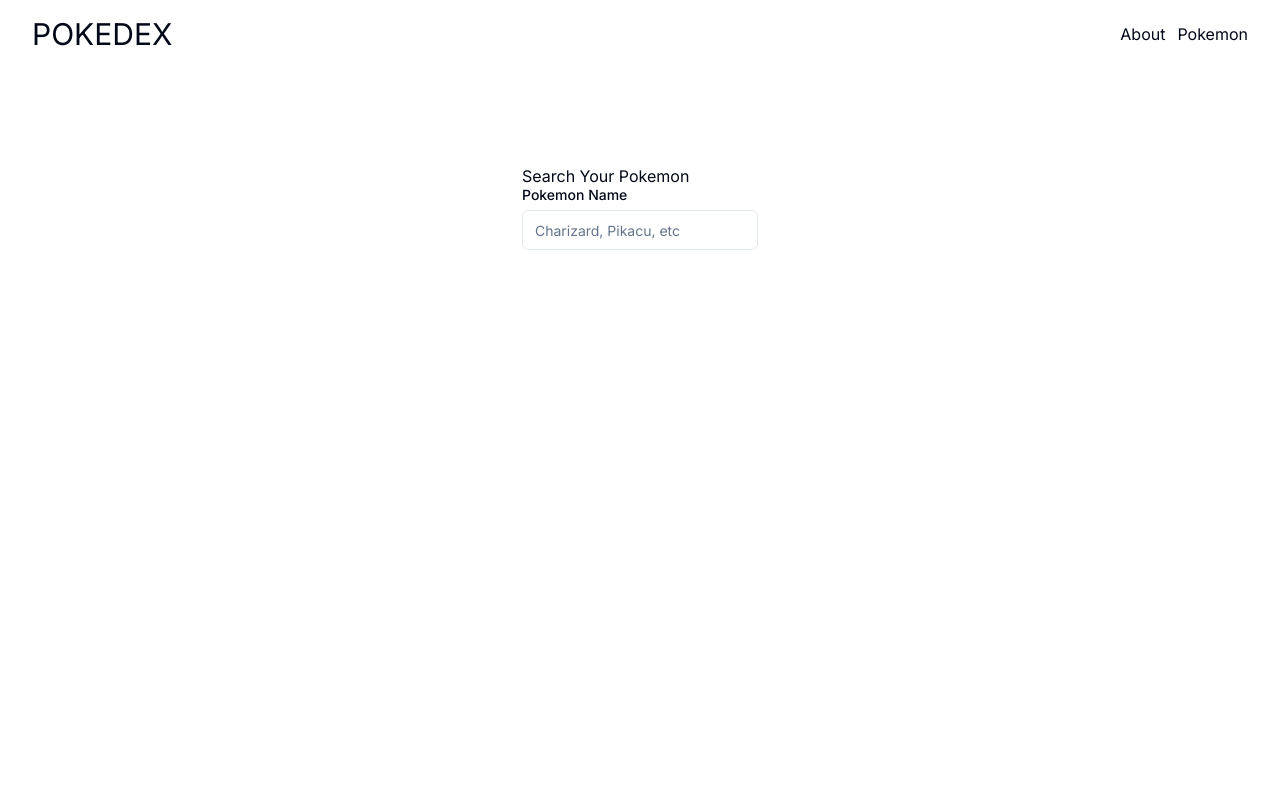
Repository: KilluaProject/pokedex
Page: /
The author's editor kept a copy of each file at every save. The page is drawn from the files as they stood at one save, then again after the next save.
The browser window is 1280 px wide. The pictures show the whole page.
The project was rebuilt for these pictures with package versions that can differ from the ones it lists, and the page was loaded fresh each time. The framework's server and built-in components were replaced by stand-ins that run in the browser. Also part of the build but not shown: next.config.js.

Above is the page before, as saved 2023-07-01 16:22:52.

After the next save:
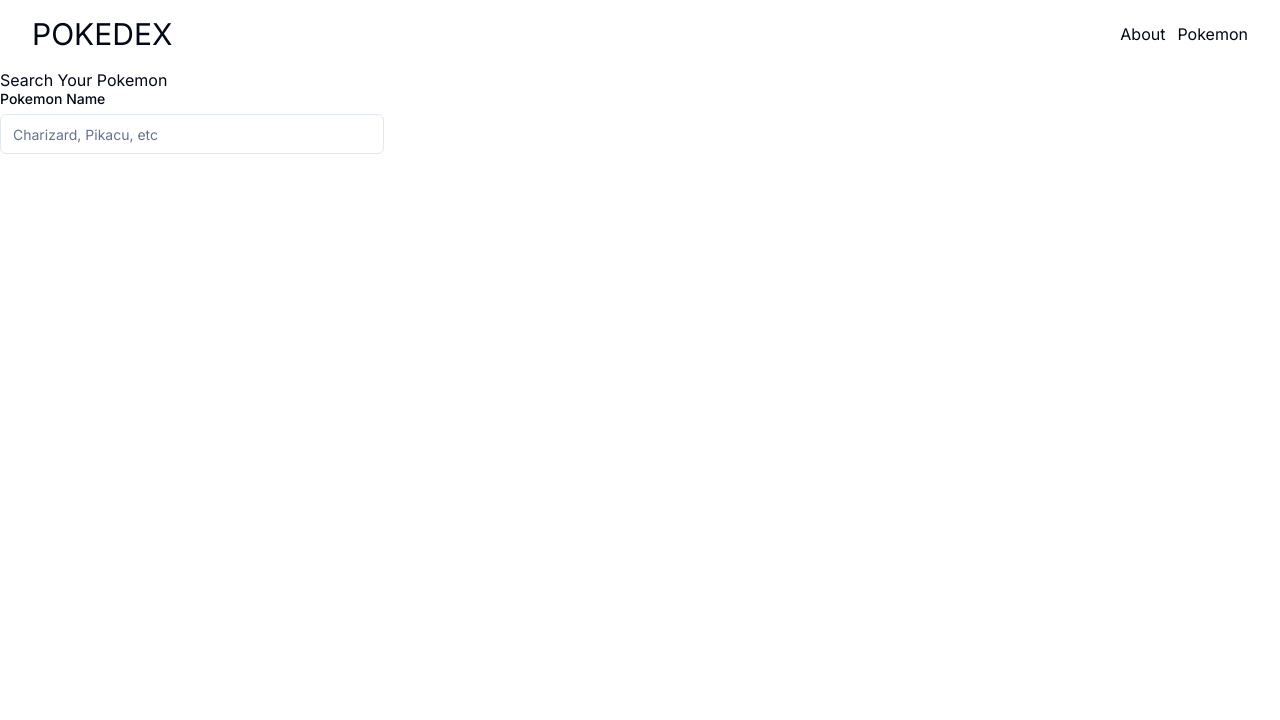
Saved 26 s later.
--- a/app/page.tsx
+++ b/app/page.tsx
@@ -4,7 +4,7 @@
 
 export default function Home() {
   return (
-    <main className="flex min-h-screen flex-col items-center justify-between p-24">
+    <main>
       <PokemonGrid/>
     </main>
   )
